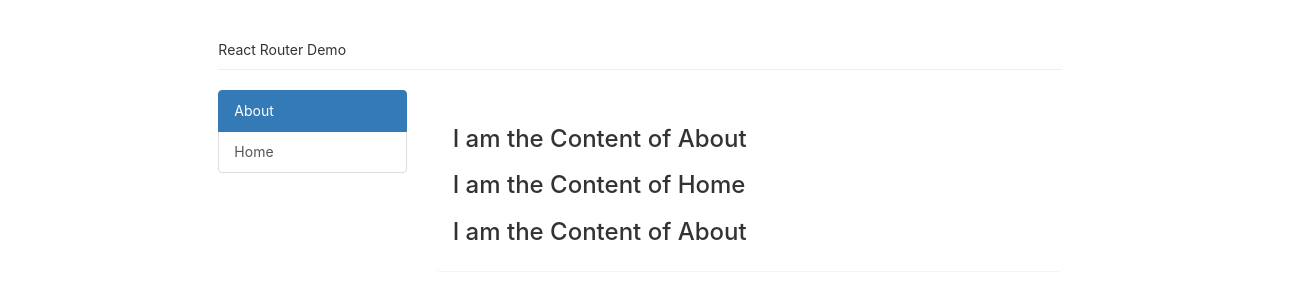
Repository: wenxi0504/Pubsub220113
Page: /about (app in githubsearch/)
An editor plug-in stored every save of this project. The page is shown before and after the next save, followed by the edit.
The browser window is 1280 px wide. The page is 1295 px wide, so the pictures cover 1295 px, including what lies to the right of the window. The pictures show the whole page.
The project was rebuilt for these pictures with package versions that can differ from the ones it lists, and the page was loaded fresh each time.

Above is the page before, as saved 2022-01-14 23:53:17.

### githubsearch/public/index.html
<!DOCTYPE html>
<html lang="en">
  <head>
    <meta charset="utf-8" />
    <title>react staging</title>
    <link rel="icon" href="%PUBLIC_URL%/favicon.ico" />
    <link rel="stylesheet" href="./css/bootstrap.css" />
    <style>
      .atguigu {
        background-color: orange !important;
        color: white !important

      }
    </style>
  </head>
  <body>
    <noscript>You need to enable JavaScript to run this app.</noscript>
    <div id="root"></div>
  </body>
</html>

### githubsearch/src/index.js
import React from 'react';
import ReactDOM from 'react-dom';
import {BrowserRouter}from'react-router-dom';
import './index.css';
import App from './App';
import reportWebVitals from './reportWebVitals';

ReactDOM.render(
  <React.StrictMode>
    <BrowserRouter>
    <App />
    </BrowserRouter>

  </React.StrictMode>,
  document.getElementById('root')
);

// If you want to start measuring performance in your app, pass a function
// to log results (for example: reportWebVitals(console.log))
// or send to an analytics endpoint. Learn more: https://bit.ly/CRA-vitals
reportWebVitals();

### githubsearch/src/App.js
import React, { Component } from "react"
import{Route,Routes}from'react-router-dom'
import Home from './pages/Home'
import About from './pages/About'
import Header from './components/Header'
import MyNavLink from './components/MyNavLink'
export default class App extends Component {
  render() {
    return (
      <div>
        <div className="row">
          <div className="col-xs-offset-2 col-xs-8">
            <div className= "page-header">
              <Header a={1}/>
            </div>
          </div>
        </div>
        <div className="row">
          <div className="col-xs-2 col-xs-offset-2">
            <div className="list-group">
              {/* <a className="list-group-item" href="./about.html">
                About
              </a>
              <a className="list-group-item active" href="./home.html">
                Home
              </a> */}
              {/* using route to shift different components---write a route link */}
              <MyNavLink to="/about">About</MyNavLink>
              <MyNavLink to="/home">Home</MyNavLink>

            </div>
          </div>
          <div className="col-xs-6">
            <div className="panel">
              <div className="panel-body">
                {/* Register route */}
          <Routes>
                <Route path="/about" element={<About/>}/>
                <Route path="/home" element={<Home/>}/>
                </Routes>


              <Home/>
              <About/>
              </div>
            </div>
          </div>
        </div>
      </div>
    );
  }
}

### githubsearch/src/pages/Home/index.js
import React, { Component } from 'react'

export default class Home extends Component {
    render() {
        return (

                <h3>I am the Content of Home</h3>

        )
    }
}

### githubsearch/src/pages/About/index.js
import React, { Component } from 'react'

export default class About extends Component {

    render() {
        console.log('The props that About component receive is? ',this.props)
        return (

               <h3>I am the Content of About</h3>

        )
    }
}

### githubsearch/src/components/Header/index.js
import React, { Component } from 'react'

export default class Header extends Component {
    render() {
        console.log('The props that Header component receive is? ',this.props)
        return (
            <div>
                React Router Demo
            </div>
        )
    }
}

### githubsearch/src/components/MyNavLink/index.js
import React, { Component } from 'react'
import {NavLink} from 'react-router-dom'

export default class MyNavLink extends Component {
    render() {
        //way 1
        // const{to,title}=this.props
        // return (
        //     <NavLink  activeClassName="atguigu"className="list-group-item" to={to}>{title}</NavLink>
        // )
        //way 2
        // const{title}=this.props
        // return (
        //     <NavLink  activeClassName="atguigu"className="list-group-item" {...this.props}>{title}</NavLink>
        // )
        //way3 tag body is also a special props
        const{title}=this.props
        return (
            <NavLink  activeClassName="atguigu"className="list-group-item" {...this.props} />
        )

    }
}

Loaded but not shown: githubsearch/src/index.css (common file); githubsearch/src/reportWebVitals.js (common file); githubsearch/public/css/bootstrap.css (library)

After the next save:
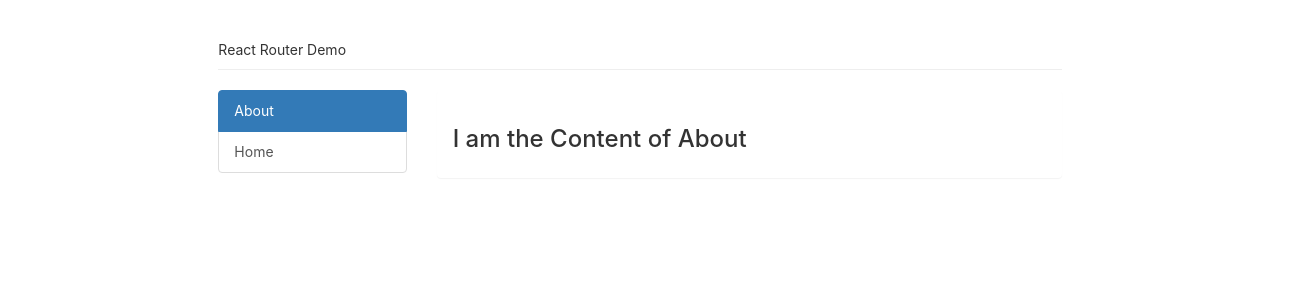
Saved 2 min 0 s later.
--- a/githubsearch/src/App.js
+++ b/githubsearch/src/App.js
@@ -38,10 +38,6 @@ export default class App extends Component {
                 <Route path="/about" element={<About/>}/>
                 <Route path="/home" element={<Home/>}/>
                 </Routes>
-
-
-              <Home/>
-              <About/>
               </div>
             </div>
           </div>
